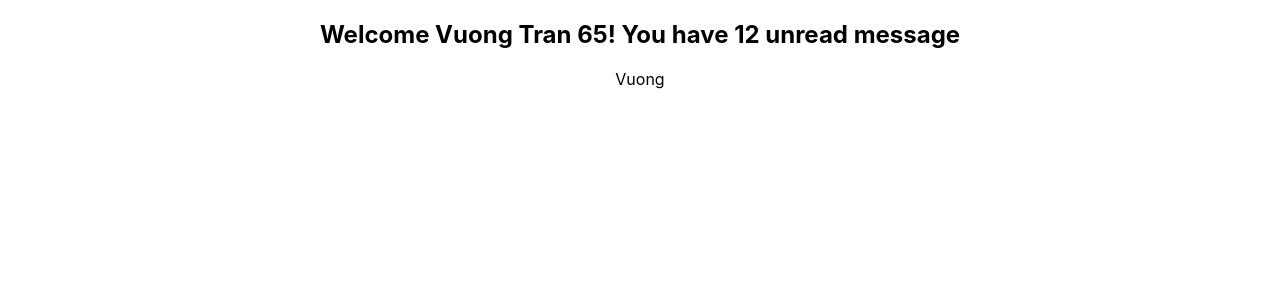
Repository: vuongtm1999/ALTA-exercise-1
Page: /
These files come from the project's save history. The page is drawn as it stood at one moment and after the next save; the edit follows.
The browser window is 1280 px wide. The pictures show the whole page.
The project was rebuilt for these pictures with package versions that can differ from the ones it lists, and the page was loaded fresh each time.

Above is the page before, as saved 2022-10-24 16:33:14.

### src/App.tsx
import './App.css';
import { Greet } from './components/Greet';
import { Person } from './components/Person';

function App() {
  const personName = {
    firstName: "Vuong",
    lastName: "Tran",
  }
  return (
    <div className="App">
      <Greet name="Vuong Tran 65" messageCount={12} isLoggedIn={true}  />
      <Person name={personName} />
    </div>
  );
}

export default App;

### src/components/Greet.tsx
type Greetprops = {
    name: string
    messageCount: number
    isLoggedIn: boolean
}

const Greet = (props: Greetprops) => {
    return (
        <div>
            {props.isLoggedIn ?  <h2>Welcome {props.name}! You have {props.messageCount} unread message</h2> :
                                    <h2>Welcome guest</h2>
            }
        </div>
     );
};

export { Greet }

### src/components/Person.tsx
type PersonProps = {
    name: {
        firstName: string
        last: string
    }
}

export const Person = (props: PersonProps) => {
    return (
        <div>{props.name.firstName} {props.name.last}</div>
     );
}

Loaded but not shown: public/index.html (common file); src/index.tsx (common file); src/index.css (common file); src/reportWebVitals.ts (common file); src/App.css (common file)

After the next save:
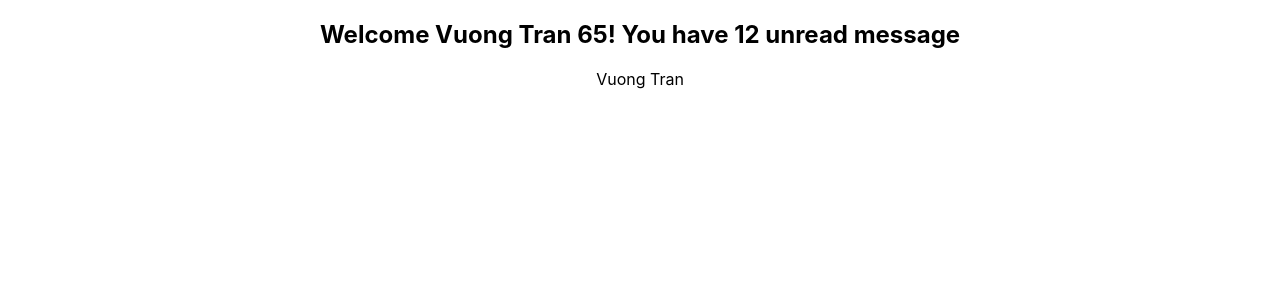
Saved 12 s later.
--- a/src/components/Person.tsx
+++ b/src/components/Person.tsx
@@ -1,12 +1,12 @@
 type PersonProps = {
     name: {
         firstName: string
-        last: string
+        lastName: string
     }
 }
 
 export const Person = (props: PersonProps) => {
     return (
-        <div>{props.name.firstName} {props.name.last}</div>
+        <div>{props.name.firstName} {props.name.lastName}</div>
      );
 }
